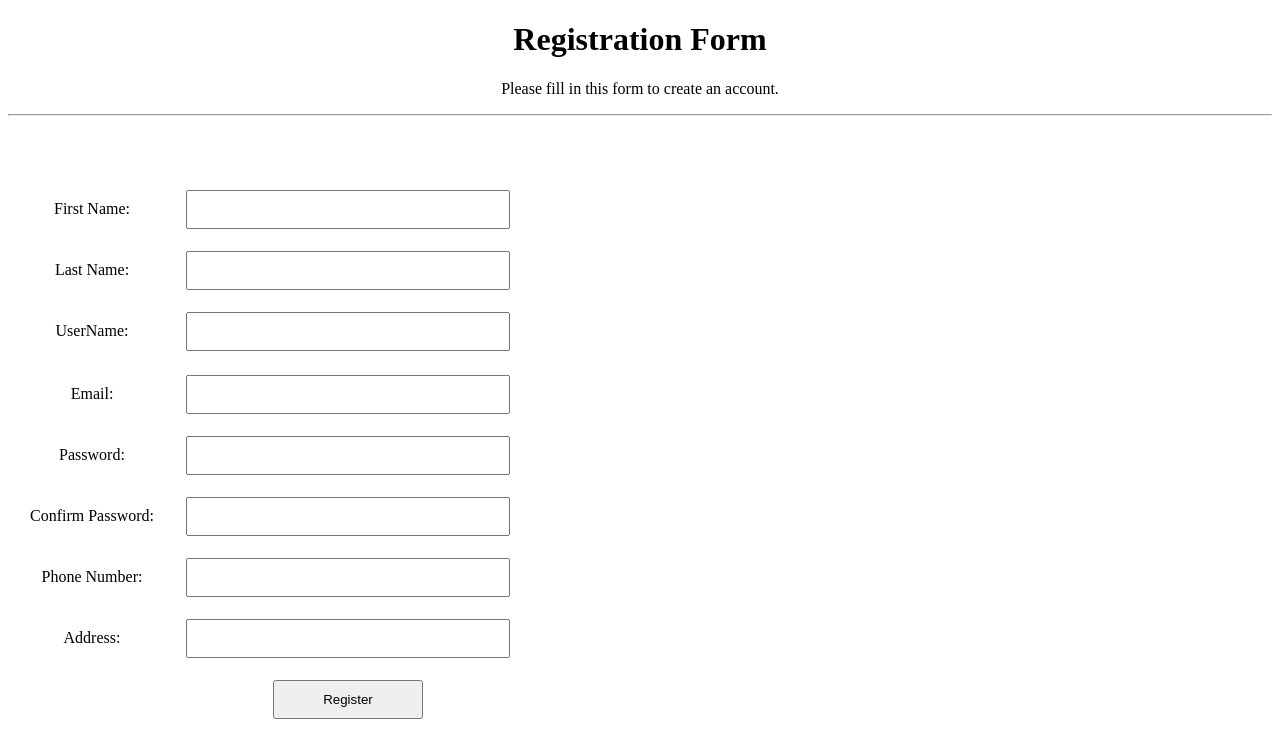
Repository: armanali13000/JAVA_CRUD
Page: http://localhost/CRUD_APP/MemberRegister.jsp
These files come from the project's save history. The page is drawn as it stood at one moment and after the next save; the edit follows.
The browser window is 1280 px wide. The pictures show the whole page.
The page is served by Tomcat 9.

Above is the page before, as saved 2023-02-26 10:26:20.

After the next save:
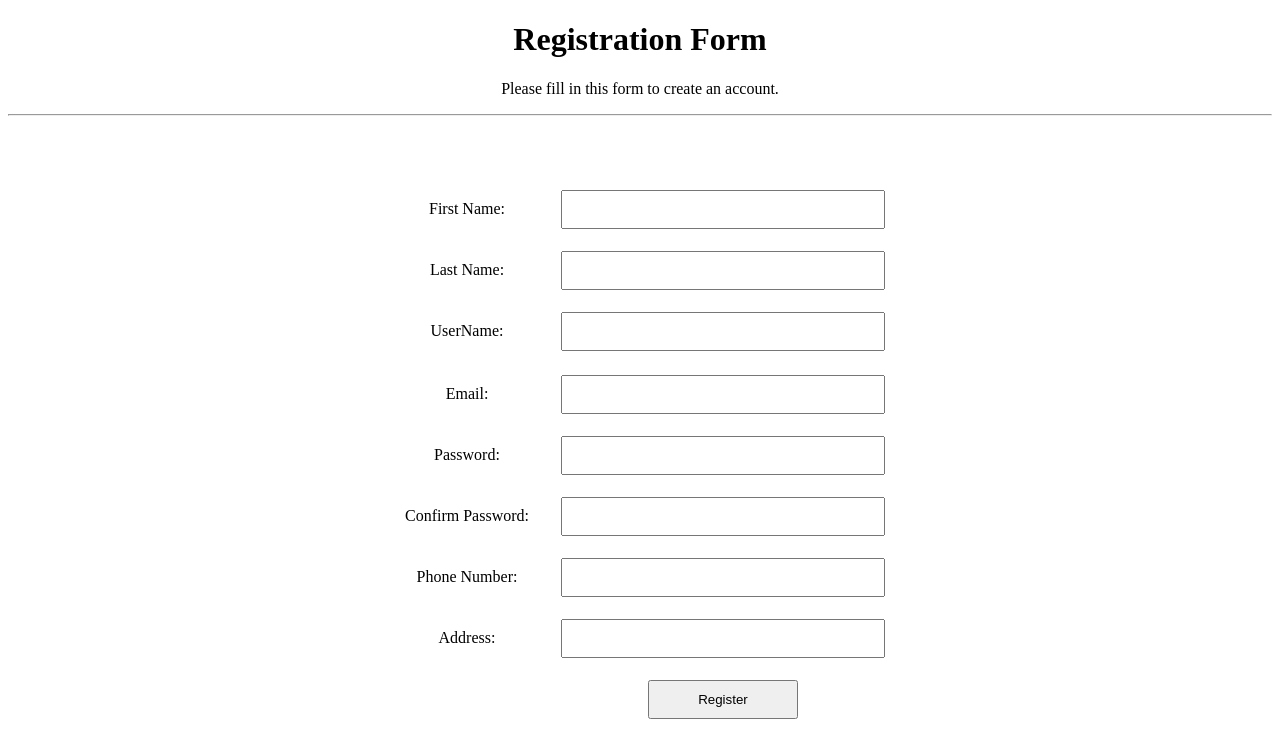
Saved 16 s later.
--- a/CRUD_APP/src/main/webapp/MemberRegister.jsp
+++ b/CRUD_APP/src/main/webapp/MemberRegister.jsp
@@ -32,7 +32,7 @@
 	<h1>Registration Form</h1>
     <p>Please fill in this form to create an account.</p>
     <hr><br><br><br>
-    <table class="formtable" cellpadding="5px" >
+    <table class="formtable" cellpadding="5px" align="center">
 			<tr>
 					<td><label>First Name:</label></td>
 					<td><input id="input" type="text"></input></td>
